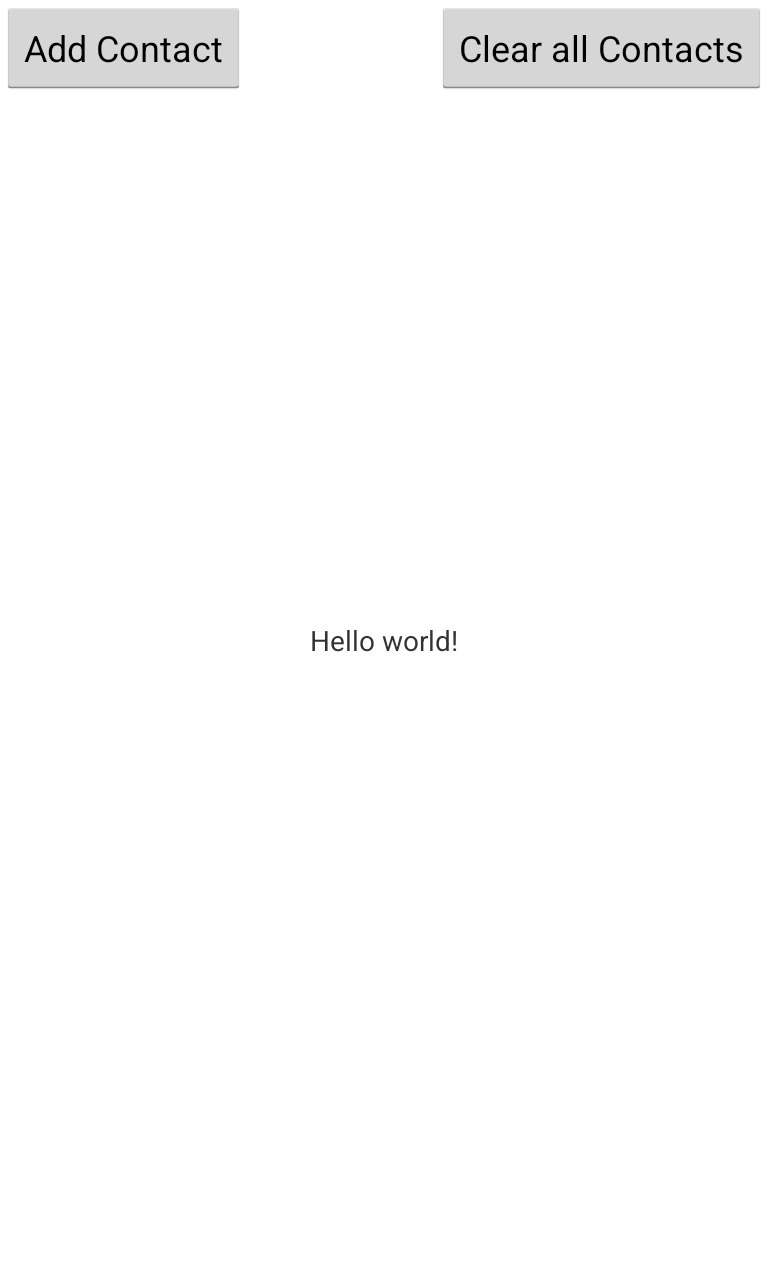
Repository: yoszka/Andro_apps
Layout: ContactsTest/res/layout/activity_main.xml
An editor plug-in stored every save of this project. The layout is shown before and after the next save, followed by the edit.
It is drawn on a 768 x 1280 px phone screen (xhdpi) without system bars, with theme AppTheme; the app's code is not run.

Above is the layout before, as saved 2013-02-12 21:46:06.

### ContactsTest/res/layout/activity_main.xml
<RelativeLayout xmlns:android="http://schemas.android.com/apk/res/android"
    xmlns:tools="http://schemas.android.com/tools"
    android:layout_width="match_parent"
    android:layout_height="match_parent"
    tools:context=".MainActivity" >

    <TextView
        android:layout_width="wrap_content"
        android:layout_height="wrap_content"
        android:layout_centerHorizontal="true"
        android:layout_centerVertical="true"
        android:text="@string/hello_world" />

    <Button
        android:id="@+id/button1"
        android:layout_width="wrap_content"
        android:layout_height="wrap_content"
        android:layout_alignParentLeft="true"
        android:layout_alignParentTop="true"
        android:onClick="addContactClick"
        android:text="Add Contact" />

    <Button
        android:id="@+id/button2"
        android:layout_width="wrap_content"
        android:layout_height="wrap_content"
        android:layout_alignParentRight="true"
        android:layout_alignParentTop="true"
        android:onClick="deleteAllContactsClick"
        android:text="Clear all Contacts" />

</RelativeLayout>

### ContactsTest/res/values/strings.xml
<?xml version="1.0" encoding="utf-8"?>
<resources>

    <string name="app_name">ContactsTest</string>
    <string name="hello_world">Hello world!</string>
    <string name="menu_settings">Settings</string>

</resources>

Loaded but not shown: ContactsTest/res/values/styles.xml (common file); ContactsTest/res/values-v11/styles.xml (common file); ContactsTest/res/values-v14/styles.xml (common file)

After the next save:
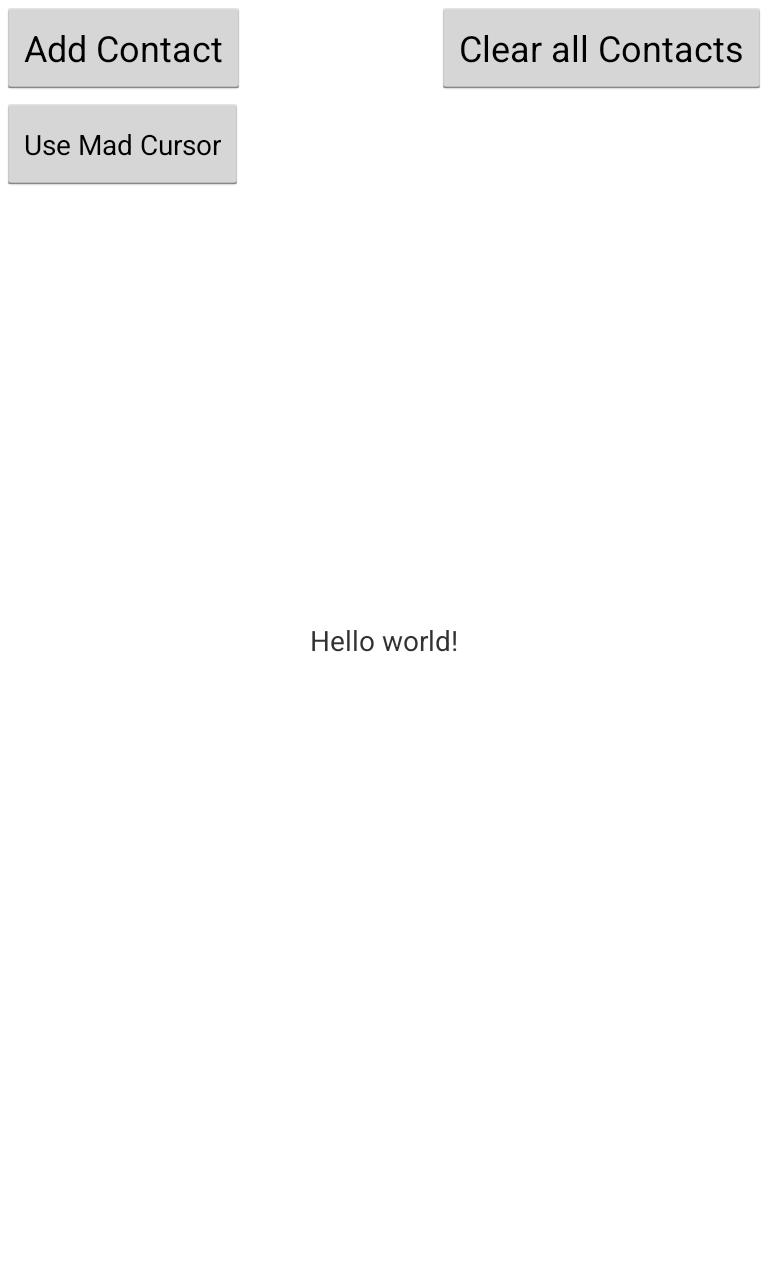
Saved 85 s later.
--- a/ContactsTest/res/layout/activity_main.xml
+++ b/ContactsTest/res/layout/activity_main.xml
@@ -29,4 +29,13 @@
         android:onClick="deleteAllContactsClick"
         android:text="Clear all Contacts" />
 
+    <Button
+        android:id="@+id/button3"
+        style="?android:attr/buttonStyleSmall"
+        android:layout_width="wrap_content"
+        android:layout_height="wrap_content"
+        android:layout_alignParentLeft="true"
+        android:layout_below="@+id/button1"
+        android:text="Use Mad Cursor" />
+
 </RelativeLayout>
